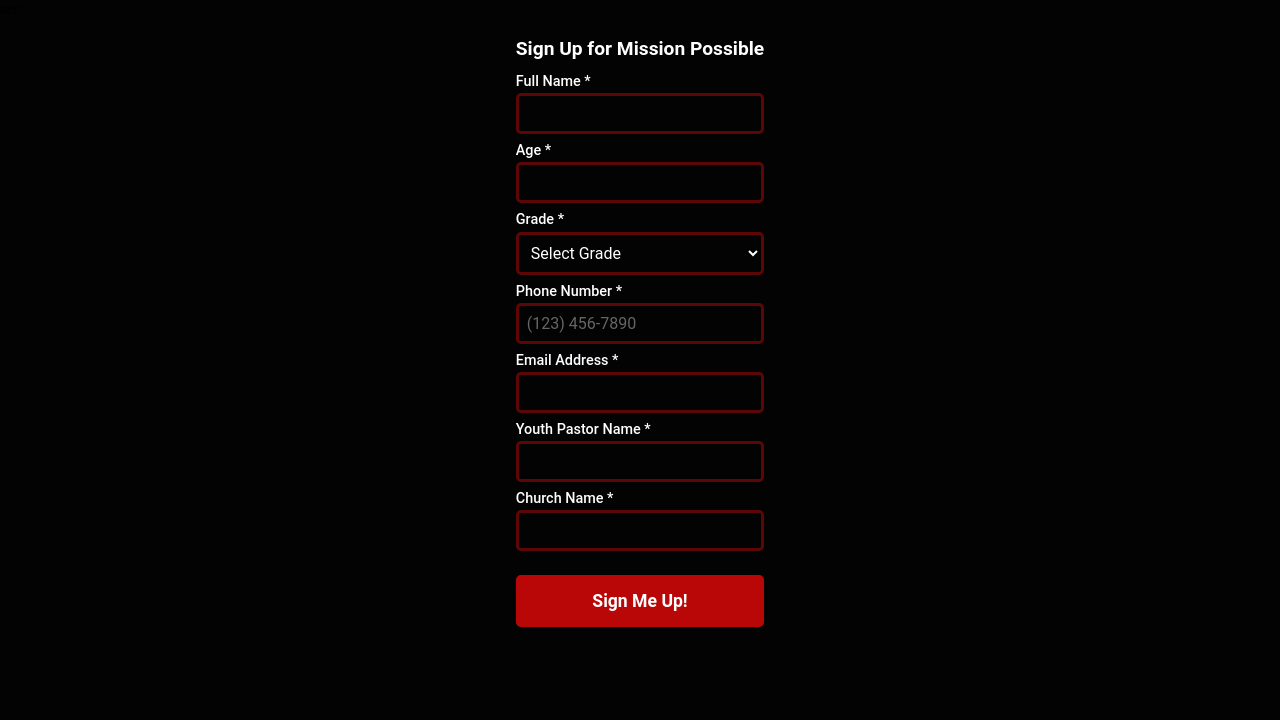
Repository: Aworminator/Wyandotte-Family-Love-Week
Page: index.html
The author's editor kept a copy of each file at every save. The page is drawn from the files as they stood at one save, then again after the next save.
The browser window is 1280 px wide. The pictures show the whole page.

Above is the page before, as saved 2025-11-01 09:47:57.

After the next save:
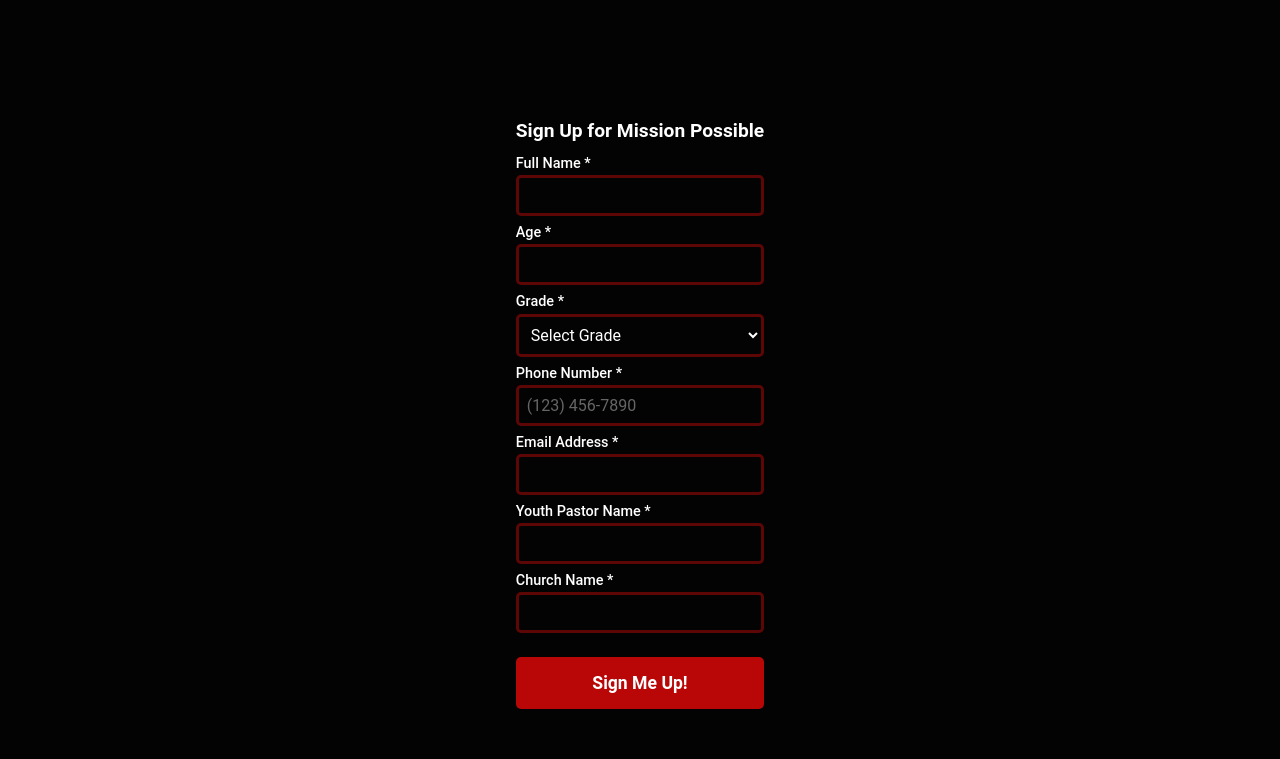
Saved 4 s later.
--- a/index.html
+++ b/index.html
@@ -26,7 +26,7 @@
       </div>
     </section> -->
 
-    sec
+    <section class="header"></section>
 
     <section class="form">
       <div class="sign-up">
